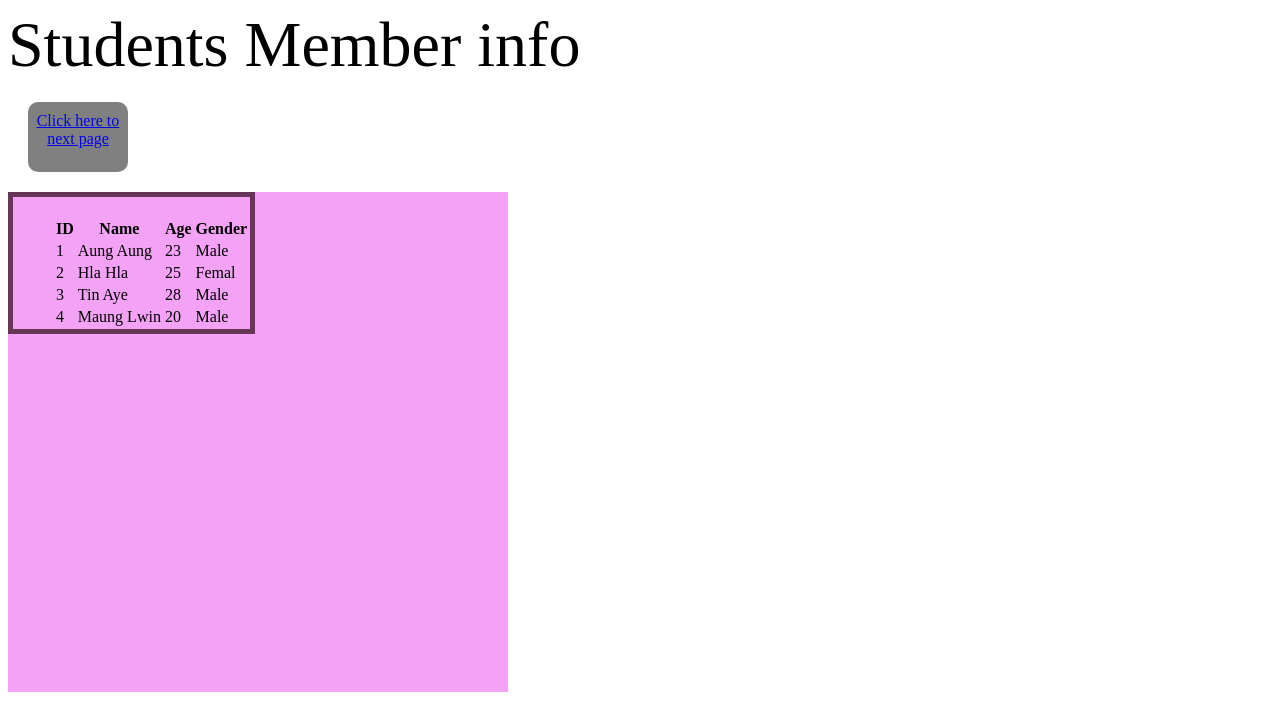
Repository: ThantLwinSoe/Servlet
Page: 01-Communication/src/main/webapp/index.html
An editor plug-in stored every save of this project. The page is shown before and after the next save, followed by the edit.
The browser window is 1280 px wide. The pictures show the whole page.

Above is the page before, as saved 2023-02-07 02:52:54.

### 01-Communication/src/main/webapp/index.html
<!DOCTYPE html>
<html>
<head>
<meta charset="UTF-8">
<style>
h {
	font-size: 4em;
}
.d_link {

	margin: 20px;
	padding-top: 10px;
	width: 100px;
	height: 60px;
	border-radius: 10px;
	background: gray;
	text-align: center;
}
.st_info {
	margin-top: 20px;
	width: 500px;
	height: 500px;
	background: #F4A2F6;
}
.table_one {
	padding-top: 20px;
	padding-left: 40px;
	border: 5px solid #663656;
}
</style>
<title>Servlet Communication</title>
</head>
<body>
	<h>Students Member info</h>
	<div class="d_link">
		<a href="hello">Click here to next page</a>
	</div>
	<div class="st_info">
		<table class="table_one">
			<thead>
				<tr>
					<th>ID</th>
					<th>Name</th>
					<th>Age</th>
					<th>Gender</th>
				</tr>
			</thead>
			<tbody>
				<tr>
					<td>1</td>
					<td>Aung Aung</td>
					<td>23</td>
					<td>Male</td>
				</tr>
				<tr>
					<td>2</td>
					<td>Hla Hla</td>
					<td>25</td>
					<td>Femal</td>
				</tr>
				<tr>
					<td>3</td>
					<td>Tin Aye</td>
					<td>28</td>
					<td>Male</td>
				</tr>
				<tr>
					<td>4</td>
					<td>Maung Lwin</td>
					<td>20</td>
					<td>Male</td>
				</tr>
			</tbody>
		</table>
	</div>
</body>
</html>

After the next save:
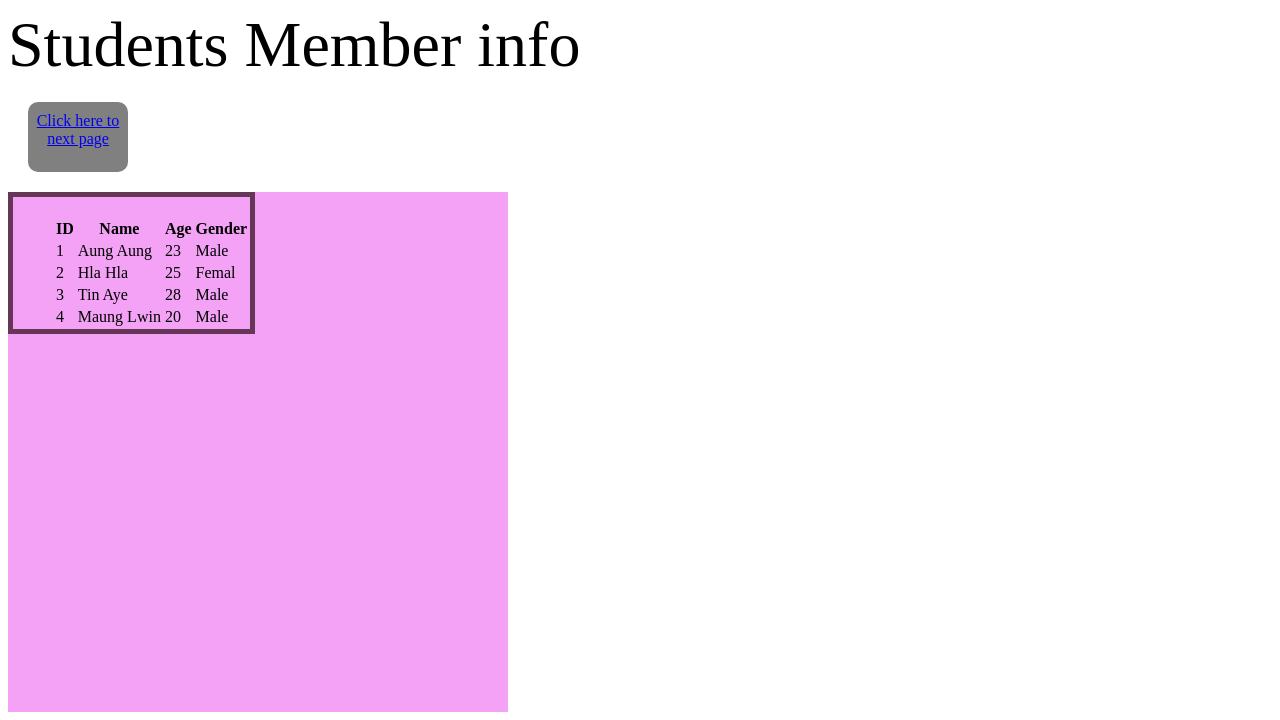
Saved 56 s later.
--- a/01-Communication/src/main/webapp/index.html
+++ b/01-Communication/src/main/webapp/index.html
@@ -18,6 +18,7 @@ h {
 }
 .st_info {
 	margin-top: 20px;
+	padding-bottom:20px;
 	width: 500px;
 	height: 500px;
 	background: #F4A2F6;
